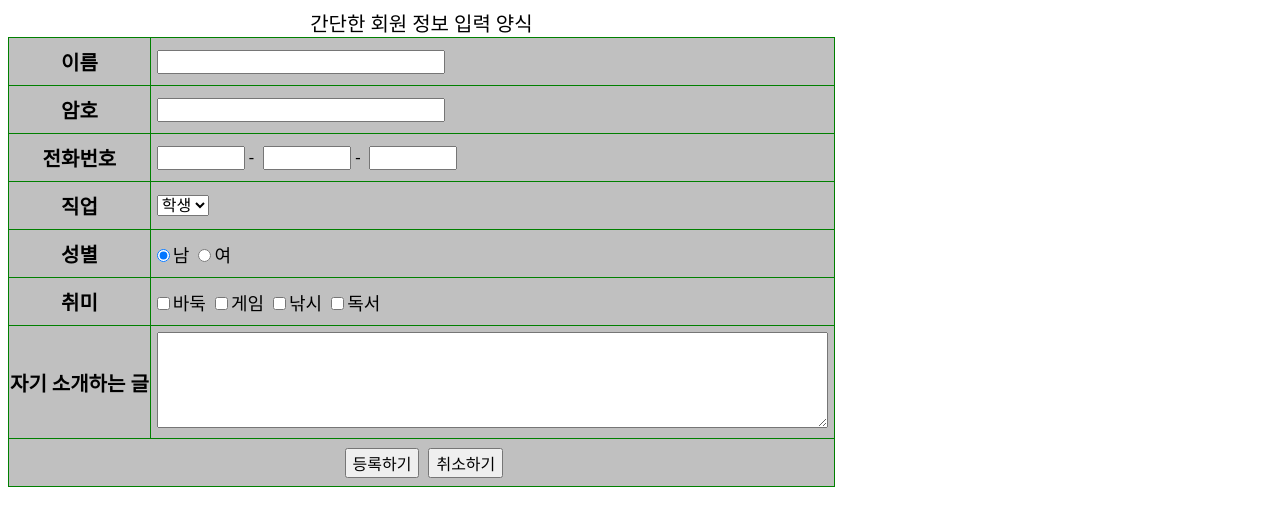
Repository: yoonanet/Web_Workspaces
Page: JavaScript/src/main/webapp/quiz/3.8_quiz.html
The author's editor kept a copy of each file at every save. The page is drawn from the files as they stood at one save, then again after the next save.
The browser window is 1280 px wide. The pictures show the whole page.

Above is the page before, as saved 2023-03-12 13:18:58.

### JavaScript/src/main/webapp/quiz/3.8_quiz.html
<!DOCTYPE html>
<html>
<head>
<meta charset="UTF-8">
<title>Insert title here</title>
<style type="text/css">
	* {
		font-size:16px;
	}

	#header {
		font-size:20px;
		text-align:center;
	}

	table {
		border : 1px solid green;
		border-collapse : collapse;
		background-color: silver;
	}

	th {
		font-size:20px;
	}

	td,th {
	    border : 1px solid green;
	    height : 45px;
	}

	input, select {
		margin-left: 5px;
	}

	textarea {
		margin:5px;
	}

	input[type=text] {
		font-size:16px;
		width:80px;
	}

	input[type=text]:focus {
		background-color: rgb(227, 242, 253);
	}

	#name, input[type=password] {
		width: 280px;
	}

	label {
		font-size:18px;
	}

	#btn {
		text-align:center;
	}

</style>

<script type="text/javascript">

window.onload = function(){

	var form = document.getElementById('my_form');

	form.onsubmit = function(){
		var name = document.getElementById('name').value;
		var password = document.getElementById('password').value;
		var phone1 = document.getElementById('phone1').value;
		var phone2 = document.getElementById('phone2').value;
		var phone3 = document.getElementById('phone3').value;
		var job = document.getElementById('job').value;
		var jenderBtn = document.getElementsByName('ch1');
		var hobbyBox = document.getElementsByName('ch2');
		var about = document.getElementById('about').value;

		var jender = '';

		for (var j of jenderBtn)
	    {
	        if (j.checked) {
	        	jender += j.value;
	        }
	    }

		var hobby = '';

		for (var i = 0; i < hobbyBox.length; i++) {
            if (hobbyBox[i].checked) {
            	hobby += hobbyBox[i].value + '  ';
            }
        }


		alert('이름 : ' + name + '\n'
				+ '비밀번호 : ' + password + '\n'
				+ '전화번호 : ' + phone1 + ' - ' + phone2 + ' - ' + phone3 + '\n'
				+ '직업 : ' + job +  '\n'
				+ '성별 : ' + jender +  '\n'
				+ '취미 : ' + hobby + '\n'
				+ '자기 소개하는 글 : ' + about);

	}

};

</script>

</head>
<body>

	<form action="" id="my_form">
		<table>
			<caption id="header">간단한 회원 정보 입력 양식</caption>
			<tr>
				<th>이름</th>
				<td><input type="text" id="name" class="text"></td>
			</tr>

			<tr>
				<th>암호</th>
				<td><input type="password" id="password"></td>
			</tr>

			<tr>
				<th>전화번호</th>
				<td><input type="text" id="phone1"> - <input type="text" id="phone2"> - <input type="text" id="phone3"></td>
			</tr>

			<tr>
				<th>직업</th>
				<td>
					<select id="job">
						<option>학생</option>
						<option>직장</option>
						<option>주부</option>
					</select>
				</td>
			</tr>

			<tr>
				<th>성별</th>
				<td>
					<label><input type="radio" checked="checked" name="ch1" value="남">남</label>
					<label><input type="radio" name="ch1" value="여">여</label>
				</td>
			</tr>
			<tr>
				<th>취미</th>
				<td>
					<label><input type="checkbox" name="ch2"  value="바둑">바둑</label>
					<label><input type="checkbox" name="ch2"  value="게임">게임</label>
					<label><input type="checkbox" name="ch2"  value="낚시">낚시</label>
					<label><input type="checkbox" name="ch2"  value="독서">독서</label>
				</td>
			</tr>
			<tr>
				<th>자기 소개하는 글</th>
				<td><textarea rows="5" cols="65" id="about"></textarea></td>
			</tr>
			<tr>
				<td colspan="2" id="btn">
					<input type="submit" value="등록하기">
					<input type="reset" value="취소하기">
				</td>
			</tr>
		</table>
	</form>

</body>
</html>

Loaded but not shown: JavaScript/src/main/webapp/quiz/3.8_quiz.css (common file)

After the next save:
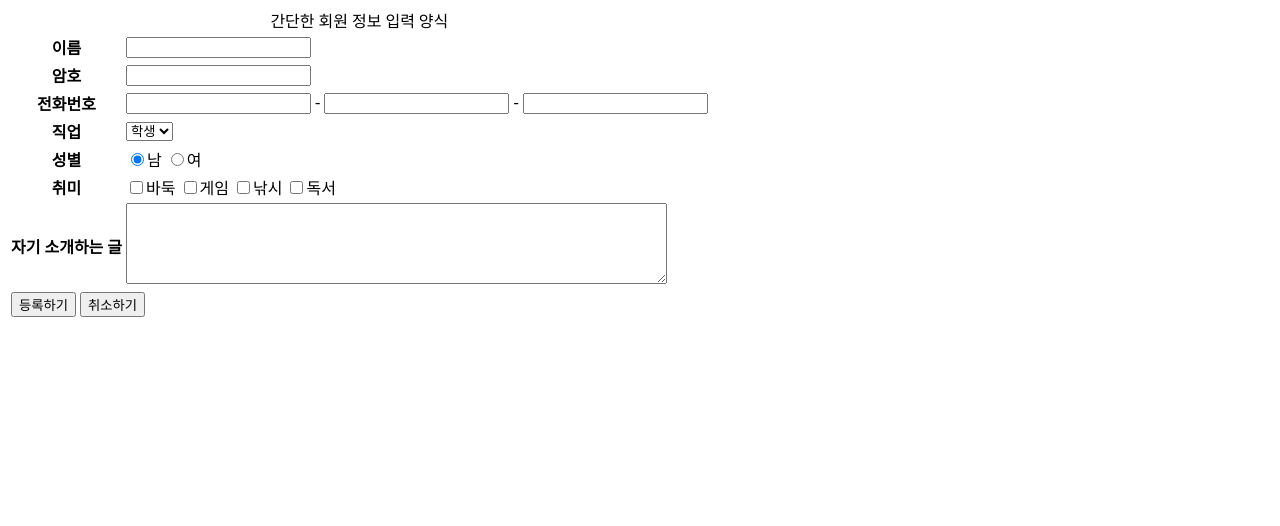
Not found: JavaScript/src/main/webapp/quiz/js/3.8_quiz.js
Saved 58 s later.
--- a/JavaScript/src/main/webapp/quiz/3.8_quiz.html
+++ b/JavaScript/src/main/webapp/quiz/3.8_quiz.html
@@ -3,108 +3,12 @@
 <head>
 <meta charset="UTF-8">
 <title>Insert title here</title>
-<style type="text/css">
-	* {
-		font-size:16px;
-	}
+<link href="./3.8_quiz.css" rel="stylesheet" type="text/css">
 
-	#header {
-		font-size:20px;
-		text-align:center;
-	}
-
-	table {
-		border : 1px solid green;
-		border-collapse : collapse;
-		background-color: silver;
-	}
-
-	th {
-		font-size:20px;
-	}
-
-	td,th {
-	    border : 1px solid green;
-	    height : 45px;
-	}
-
-	input, select {
-		margin-left: 5px;
-	}
-
-	textarea {
-		margin:5px;
-	}
-
-	input[type=text] {
-		font-size:16px;
-		width:80px;
-	}
-
-	input[type=text]:focus {
-		background-color: rgb(227, 242, 253);
-	}
-
-	#name, input[type=password] {
-		width: 280px;
-	}
-
-	label {
-		font-size:18px;
-	}
-
-	#btn {
-		text-align:center;
-	}
-
-</style>
-
+<script src="./js/3.8_quiz.js"></script>
 <script type="text/javascript">
 
-window.onload = function(){
 
-	var form = document.getElementById('my_form');
-
-	form.onsubmit = function(){
-		var name = document.getElementById('name').value;
-		var password = document.getElementById('password').value;
-		var phone1 = document.getElementById('phone1').value;
-		var phone2 = document.getElementById('phone2').value;
-		var phone3 = document.getElementById('phone3').value;
-		var job = document.getElementById('job').value;
-		var jenderBtn = document.getElementsByName('ch1');
-		var hobbyBox = document.getElementsByName('ch2');
-		var about = document.getElementById('about').value;
-
-		var jender = '';
-
-		for (var j of jenderBtn)
-	    {
-	        if (j.checked) {
-	        	jender += j.value;
-	        }
-	    }
-
-		var hobby = '';
-
-		for (var i = 0; i < hobbyBox.length; i++) {
-            if (hobbyBox[i].checked) {
-            	hobby += hobbyBox[i].value + '  ';
-            }
-        }
-
-
-		alert('이름 : ' + name + '\n'
-				+ '비밀번호 : ' + password + '\n'
-				+ '전화번호 : ' + phone1 + ' - ' + phone2 + ' - ' + phone3 + '\n'
-				+ '직업 : ' + job +  '\n'
-				+ '성별 : ' + jender +  '\n'
-				+ '취미 : ' + hobby + '\n'
-				+ '자기 소개하는 글 : ' + about);
-
-	}
-
-};
 
 </script>
 
